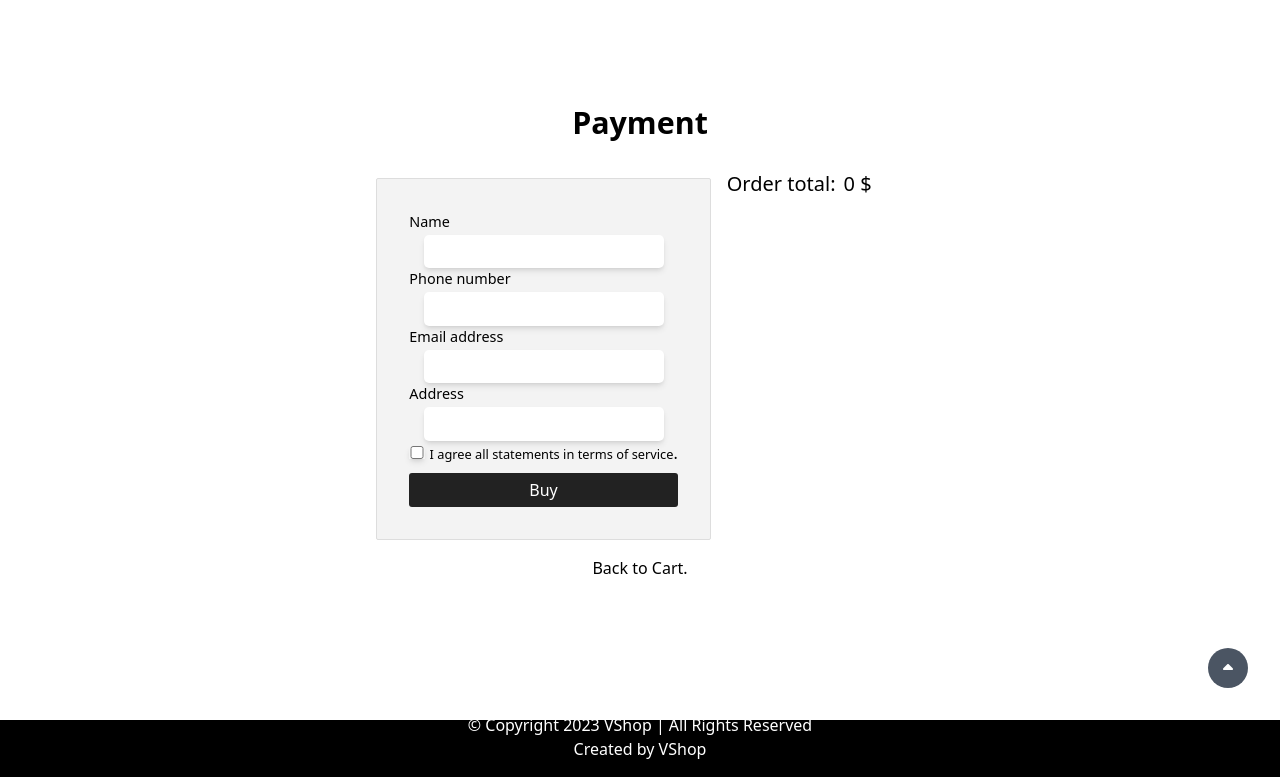
Repository: Kith933UTH/VSHOP
Page: /payment
The author's editor kept a copy of each file at every save. The page is drawn from the files as they stood at one save, then again after the next save.
The browser window is 1280 px wide. The pictures show the whole page.
Pictures or frames that could not be fetched are drawn as grey boxes. The project was rebuilt for these pictures with package versions that can differ from the ones it lists, and the page was loaded fresh each time. Also part of the build but not shown: src/components/product-item/ProductItem.js, src/components/loader/Loader.js, src/constants/constants.js, src/components/product-filters/Category.js, src/components/product-filters/Price.js, src/components/product-filters/Rating.js, src/components/product-filters/ProductFilters.js, src/components/cart-shopping/CartEmpty.js and 20 more.

Above is the page before, as saved 2023-08-04 21:47:29.

After the next save:
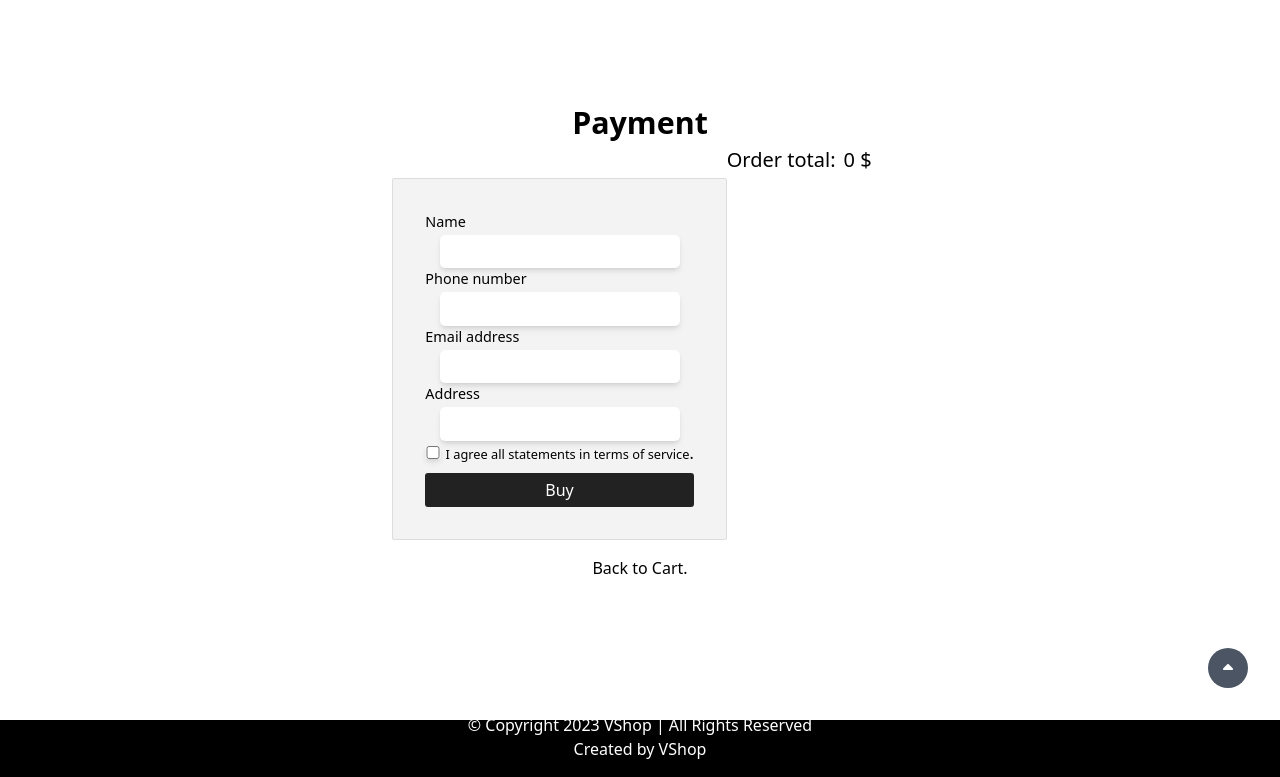
Saved 22 s later.
--- a/src/components/payment/Payment.js
+++ b/src/components/payment/Payment.js
@@ -40,7 +40,7 @@ export function Payment({login}) {
                 <div className={`${cart.length > 2 ? 'box-item' : ''}`}>
                     {cart.map(item => <CartItemPayment key={item.id} item={item}/>)}
                     <div className='flex justify-center sm:justify-end'>
-                        <div className='w-fit rounded-xl flex flex-col justify-between items-center sm:flex-row sm:py-6 sm:px-4'>
+                        <div className='w-fit rounded-xl flex flex-col justify-between items-center sm:flex-row'>
                             <div className='mr-0 sm:mr-4'>
                                 <span className='mr-2 text-base sm:text-xl'>Order total:</span>
                                 <span className='text-base sm:text-xl'>{totalPrice()} $</span>
